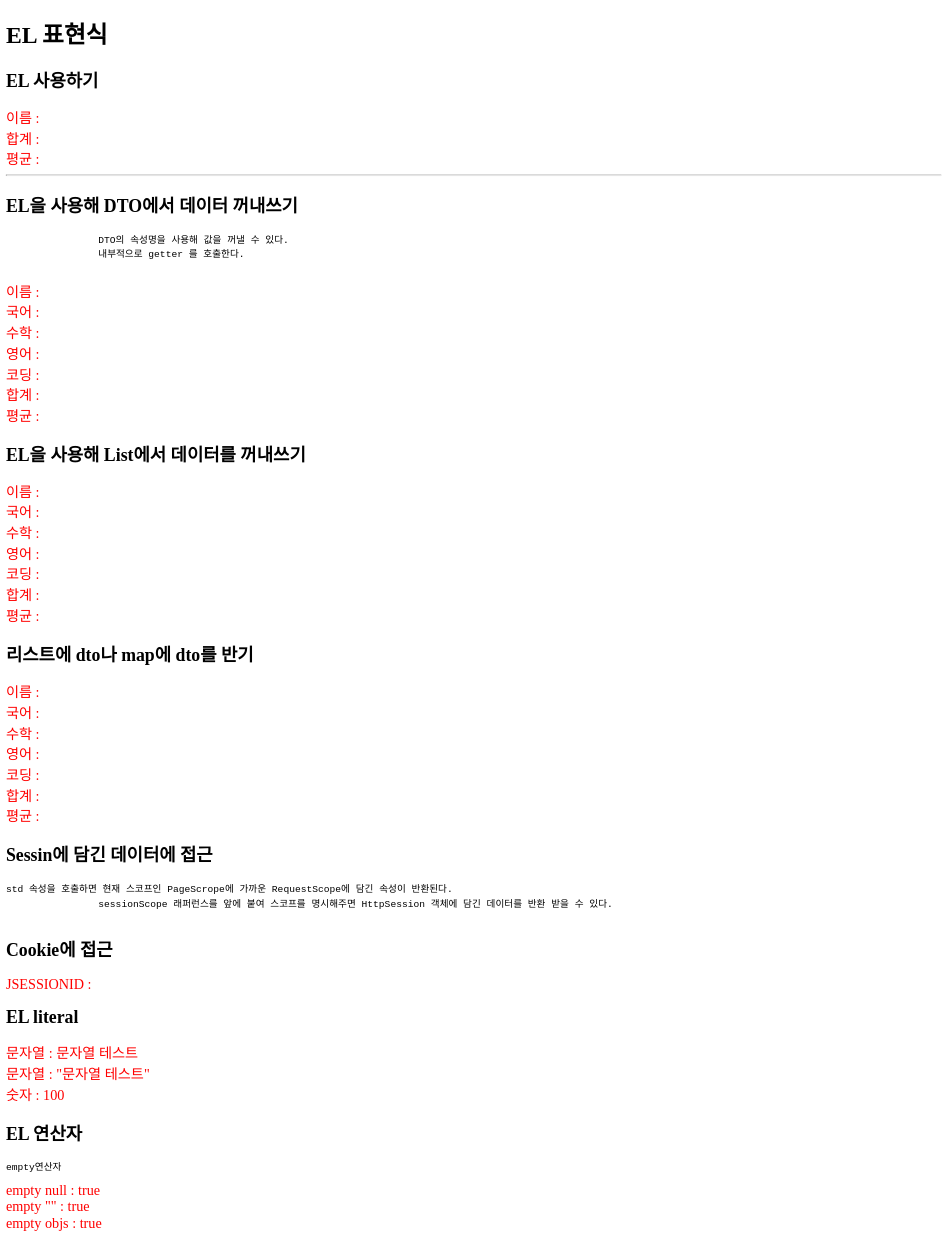
Repository: vaynel/StudyFile
Page: http://localhost/spring04_jsp/WEB-INF/views/el-jstl/el.jsp
These files come from the project's save history. The page is drawn as it stood at one moment and after the next save; the edit follows.
The browser window is 1280 px wide. The pictures show the whole page, at 74% of full size.
The page is served by Tomcat 9. Nobody is signed in. Other server files are loaded and not shown. The template is opened directly, without the code that normally fills it, so the values that code supplies are empty.

Above is the page before, as saved 2023-01-20 01:49:04.

### H_spring/spring04_jsp/WebContent/WEB-INF/views/el-jstl/el.jsp
<%@ page language="java" contentType="text/html; charset=UTF-8"
    pageEncoding="UTF-8"%>
<!DOCTYPE html>
<html>
<head>
<meta charset="UTF-8">
<title>Insert title here</title>
<style type="text/css">
	span{
		display: block;
		font-size:1.5vw;
		color:red;
	}
</style>
</head>
<body>
	<h1>EL 표현식</h1>
	<%--
		el표기법 : 자바 bean 객체의 속성을 편하게 사용하기 위해 제공되는 표현식

		${} : 객체 프로퍼티에서 값을 꺼낼 때 사용.
		#{} : 객체 프로퍼티에 값을 넣을 때 사용.


		el표현식에서 제공되는 reference

		requestScope : request 객체의 attribute에 저장된 값에 접근
		sessionScope : session 객체의 attribute에 저장된 값에 접근
		applicationScope : servletContext 객체의 attribute에 저장된 값에 접근
		param 		: request의 요청파라미터에 접근
		paramValues : 같은 이름의 요청파라미터에 값이 여러개 있을 경우 배열로 요청파라미터값을 받아올 수 있다.
		cookie		: request의 Cookie에 접근

		만약 requestScope, sessionScope, applicationScope를 지정하여 스코프를 명시하지 않을 경우
		page 스코프부터 속성값을 탐색한다.

	 --%>

	 <h2>EL 사용하기</h2>
	 <span>이름 : ${user}</span>
	 <span>합계 : ${sum}</span>
	 <span>평균 : ${avg}</span>

	<hr>

	<h2>EL을 사용해 DTO에서 데이터 꺼내쓰기</h2>
	<pre>
		DTO의 속성명을 사용해 값을 꺼낼 수 있다.
		내부적으로 getter 를 호출한다.
	</pre>
	<span>이름 : ${std.name}</span>
	<span>국어 : ${std.kor}</span>
	<span>수학 : ${std.math}</span>
	<span>영어 : ${std.eng}</span>
	<span>코딩 : ${std.coding}</span>
	<span>합계 : ${std.sum}</span>
	<span>평균 : ${std.avg}</span>


	<h2>EL을 사용해 List에서 데이터를 꺼내쓰기</h2>
	<span>이름 : ${students[0].name}</span>
	<span>국어 : ${students[0].kor}</span>
	<span>수학 : ${students[0].math}</span>
	<span>영어 : ${students[0].eng}</span>
	<span>코딩 : ${students[0].coding}</span>
	<span>합계 : ${students[0].sum}</span>
	<span>평균 : ${students[0].avg}</span>

	<h2>리스트에 dto나 map에 dto를 반기</h2>
	<span>이름 : ${objs[0].name}</span>
	<span>국어 : ${objs[0].kor}</span>
	<span>수학 : ${objs[0].math}</span>
	<span>영어 : ${objs[0].eng}</span>
	<span>코딩 : ${objs[0].coding}</span>
	<span>합계 : ${objs[0].sum}</span>
	<span>평균 : ${objs[0].avg}</span>


	<h2>Sessin에 담긴 데이터에 접근</h2>
	<span>${session}</span>
	<pre>std 속성을 호출하면 현재 스코프인 PageScrope에 가까운 RequestScope에 담긴 속성이 반환된다.
		sessionScope 래퍼런스를 앞에 붙여 스코프를 명시해주면 HttpSession 객체에 담긴 데이터를 반환 받을 수 있다.
	</pre>
	<span>${sessionScope.std}</span>

	<h2>Cookie에 접근</h2>
	<span>JSESSIONID : ${cookie.JSESSIONID.value }</span>

	<h2>EL literal</h2>
	<span>문자열 : ${"문자열 테스트" }</span>
	<span>문자열 : ${'"문자열 테스트"'}</span>
	<span>숫자 : ${100}</span>


	<h2>EL 연산자</h2>
	<pre>empty연산자</pre>
	<span>empty null : ${empty null}</span>
	<span>empty "" : ${empty ""}</span>
	<span>empty objs : ${empty objs}</span>
























</body>
</html>

After the next save:
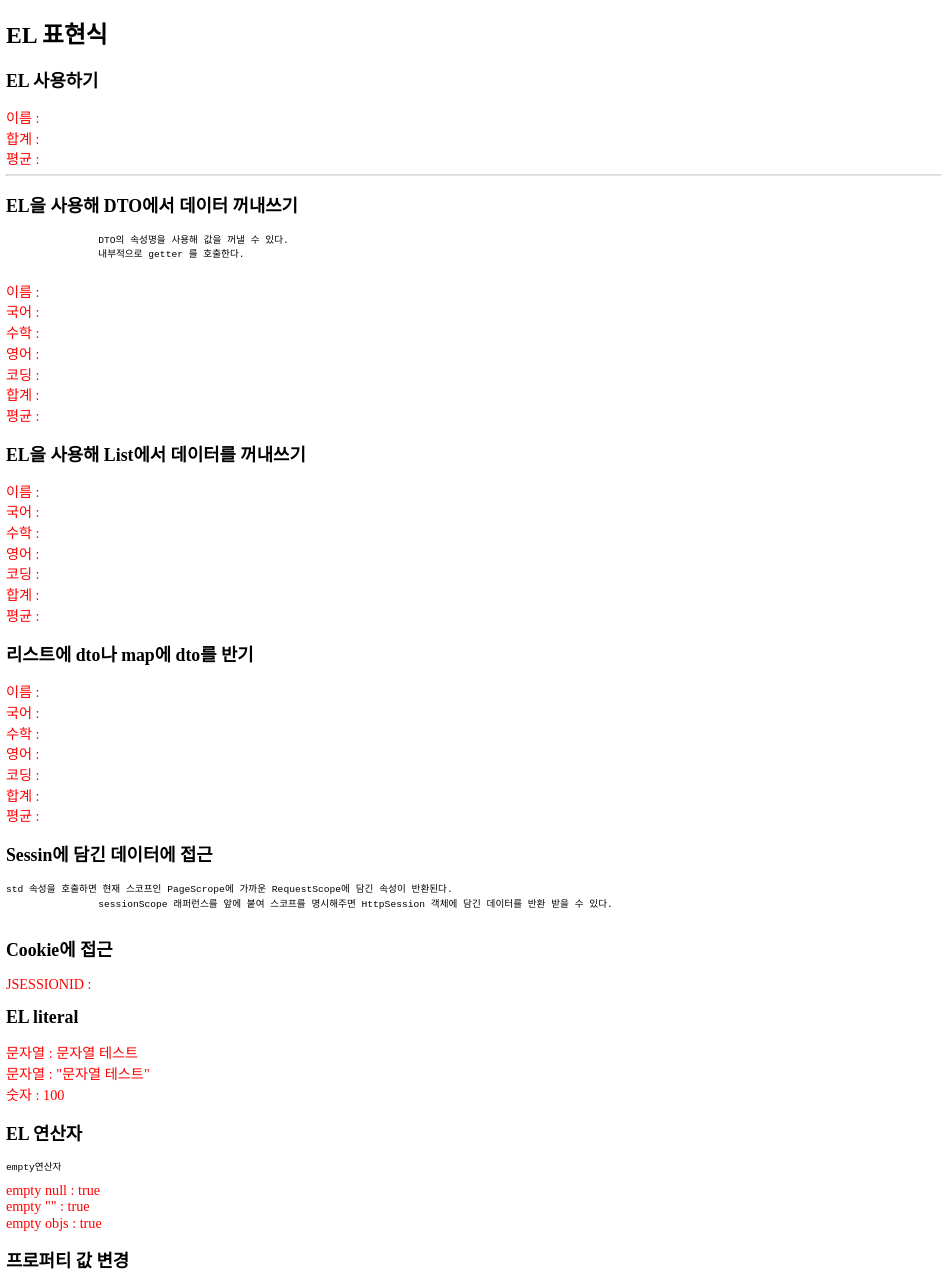
Saved 8 min 1 s later.
--- a/H_spring/spring04_jsp/WebContent/WEB-INF/views/el-jstl/el.jsp
+++ b/H_spring/spring04_jsp/WebContent/WEB-INF/views/el-jstl/el.jsp
@@ -98,8 +98,7 @@
 	<span>empty "" : ${empty ""}</span>
 	<span>empty objs : ${empty objs}</span>
 
-
-
+	<h2>프로퍼티 값 변경</h2>
 
 
 
